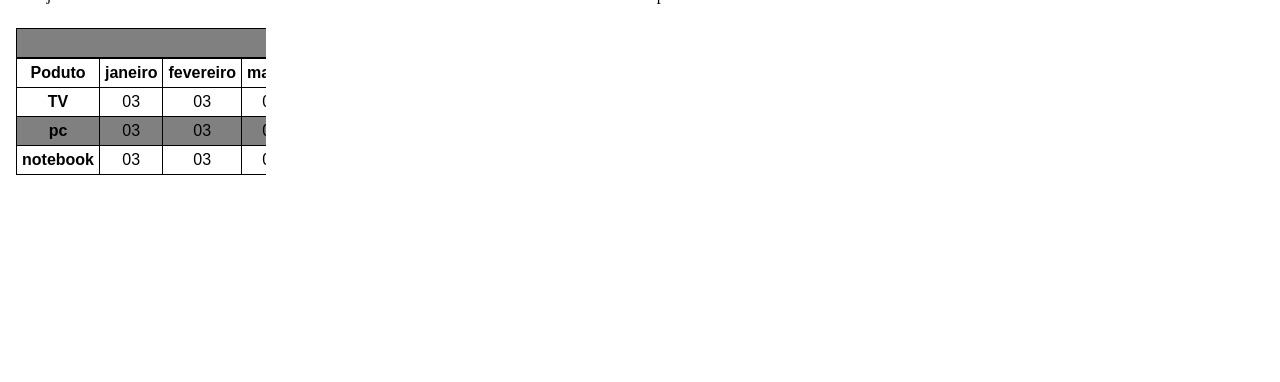
Repository: Lucianorodriguesdev/cursoHTML-CSS
Page: ex024/iframe.html
These files come from the project's save history. The page is drawn as it stood at one moment and after the next save; the edit follows.
The browser window is 1280 px wide. The pictures show the part of the page from y = 456 to 988 px (the page is 838 px tall before and 988 px after).

Above is the page before, as saved 2026-06-24 13:47:41.

### ex024/iframe.html
<!DOCTYPE html>
<html lang="pt-br">
<head>
    <meta charset="UTF-8">
    <meta name="viewport" content="width=device-width, initial-scale=1.0">
    <title>Iframe</title>

</head>
<body>
    / * tamanho padrao do iframe é de 300x150 */
       <h1>
        Nessa aula trabalharemos com iframe
    </h1>
    <p> com  ajuda do <iframe src="https://www.cursoemvideo.com" frameborder="0" width="500" height="350"></iframe> iremos aprender utilizar iframes</p>
    <iframe src="responsividade-tabela.html" frameborder="0" width="500" height="350"></iframe>
</body>
</html>

### ex024/responsividade-tabela.html
<!DOCTYPE html>
<html lang="pt-br">
<head>
    <meta charset="UTF-8">
    <meta name="viewport" content="width=device-width, initial-scale=1.0">
    <title>Tabela Responsiva</title>
     <style>
        body{
            font-family: Arial, Helvetica, sans-serif;
        }
        table{
            border: 1px solid black;
            width: 400px;
            border-collapse: collapse;
        }
        td,th{
            border: 1px solid black;
            padding: 5px;
            text-align: center;
        }
        tr:nth-child(2n){
            background-color: gray;
        }
        caption{
             border: 1px solid black;
            padding: 5px;
            text-align: center;
            background-color: gray;
            color: white;
        }
        .container{
            width: 50vw;
            overflow: auto;
        }

        /* com esse overflow deixamos a tabela responsiva
            e a largura de 50vw deixamos a tabela mais curta
            para fazer a rolagem para os lados em uma tabela ainda menor */

    </style>
</head>
<body>
    <div class="container">
        <table>
            <caption>Tabela de vendas</caption>
            <thead>
                <tr>
                    <th>Poduto</th>
                    <th>janeiro</th>
                    <th>fevereiro</th>
                    <th>março</th>
                    <th>abril</th>
                    <th>maio</th>
                    <th>junho</th>
                    <th>julho</th>
                    <th>agosto</th>
                    <th>setembro</th>
                    <th>outubro</th>
                    <th>novembro</th>
                    <th>dezembro</th>
                </tr>

            </thead>
            <tbody>
                <tr>
                    <th>TV</th>
                    <td>03</td>
                    <td>03</td>
                    <td>03</td>
                    <td>03</td>
                    <td>03</td>
                    <td>03</td>
                    <td>03</td>
                    <td>03</td>
                    <td>03</td>
                    <td>03</td>
                    <td>03</td>
                    <td>03</td>
                </tr>
                <tr>
                   <th>pc</th>
                    <td>03</td>
                    <td>03</td>
                    <td>03</td>
                    <td>03</td>
                    <td>03</td>
                    <td>03</td>
                    <td>03</td>
                    <td>03</td>
                    <td>03</td>
                    <td>03</td>
                    <td>03</td>
                    <td>03</td>
                </tr>
                <tr>
                   <th>notebook</th>
                    <td>03</td>
                    <td>03</td>
                    <td>03</td>
                    <td>03</td>
                    <td>03</td>
                    <td>03</td>
                    <td>03</td>
                    <td>03</td>
                    <td>03</td>
                    <td>03</td>
                    <td>03</td>
                    <td>03</td>
                </tr>
            </tbody>
        </table>
    </div>

</body>
</html>

After the next save:
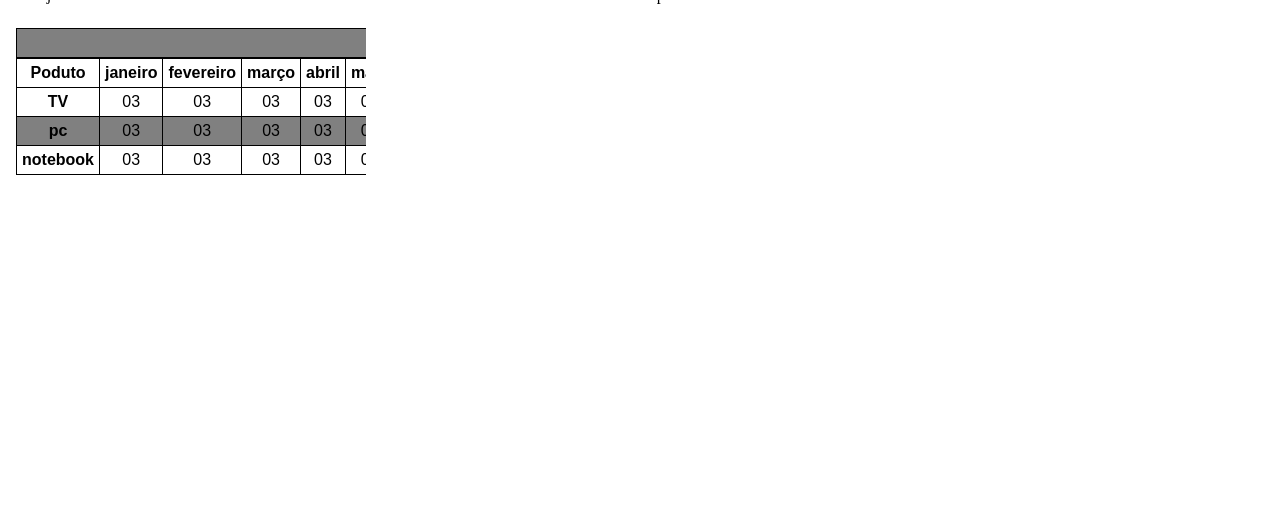
Saved 29 s later.
--- a/ex024/iframe.html
+++ b/ex024/iframe.html
@@ -12,6 +12,6 @@
         Nessa aula trabalharemos com iframe
     </h1>
     <p> com  ajuda do <iframe src="https://www.cursoemvideo.com" frameborder="0" width="500" height="350"></iframe> iremos aprender utilizar iframes</p>
-    <iframe src="responsividade-tabela.html" frameborder="0" width="500" height="350"></iframe>
+    <iframe src="responsividade-tabela.html" frameborder="0" width="700px" height="500px"></iframe>
 </body>
 </html>
